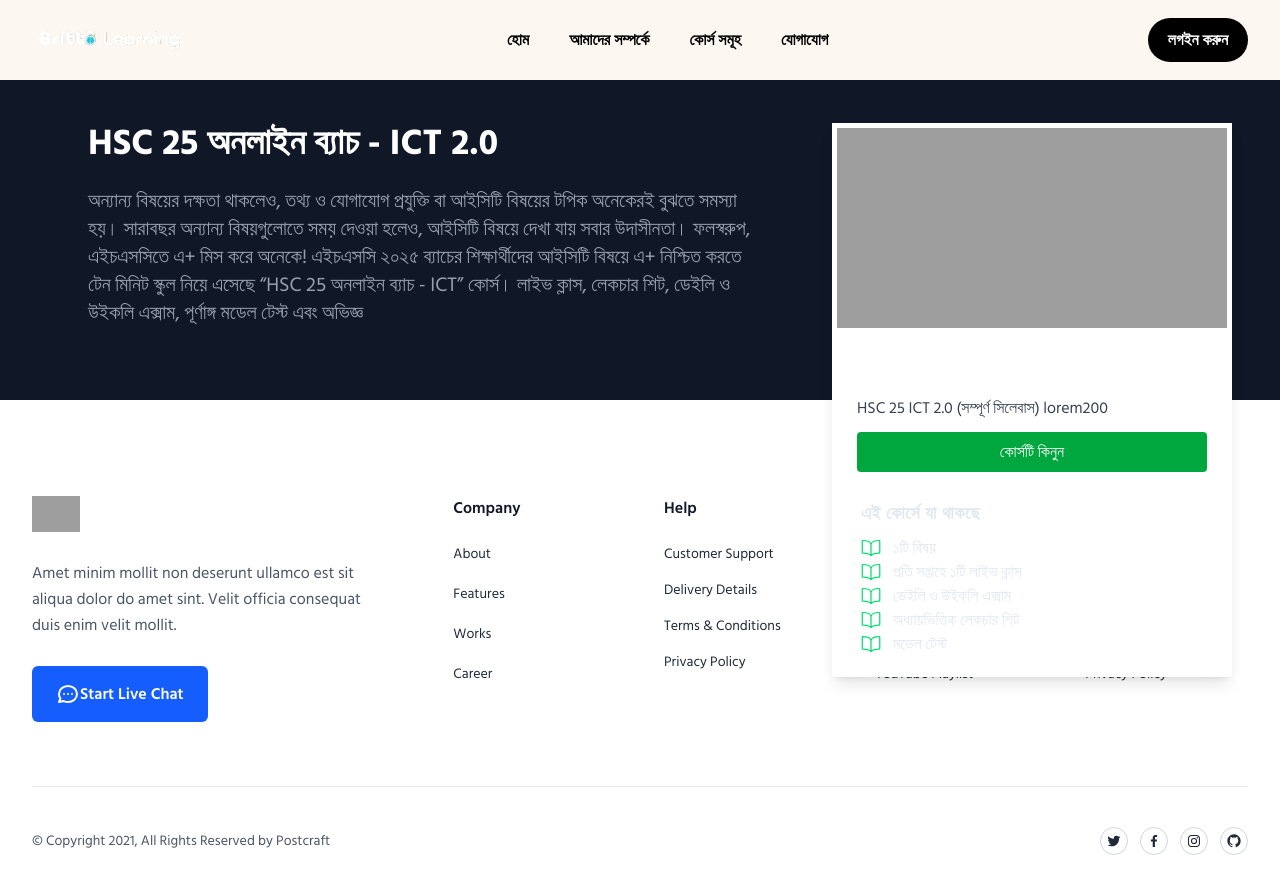
Repository: Ruddro420/course-selling
Page: /single-course
These files come from the project's save history. The page is drawn as it stood at one moment and after the next save; the edit follows.
The browser window is 1280 px wide. The pictures show the whole page.
Pictures or frames that could not be fetched are drawn as grey boxes. The project was rebuilt for these pictures with package versions that can differ from the ones it lists, and the page was loaded fresh each time. Also part of the build but not shown: vite.config.js, src/components/AboutSection.jsx, src/components/ContactSection.jsx, src/components/CourseSection.jsx, src/components/Hero.jsx, src/components/TeamSection.jsx, src/components/WhyUsSection.jsx, src/pages/Home.jsx and 2 more.

Above is the page before, as saved 2025-02-06 03:46:14.

### index.html
<!doctype html>
<html lang="en">

<head>
  <meta charset="UTF-8" />
  <link rel="icon" type="image/svg+xml" href="/img/fav-icon.jpg" />
  <meta name="viewport" content="width=device-width, initial-scale=1.0" />
  <link rel="preconnect" href="https://fonts.googleapis.com">
  <link rel="preconnect" href="https://fonts.gstatic.com" crossorigin>
  <link href="https://fonts.googleapis.com/css2?family=Hind+Siliguri:wght@300;400;500;600;700&display=swap"
    rel="stylesheet">
  <title>Britto Learning</title>
</head>

<body>
  <div id="root"></div>
  <script type="module" src="/src/main.jsx"></script>
</body>

</html>

### src/main.jsx
import { StrictMode } from 'react'
import { createRoot } from 'react-dom/client'
import './index.css'
import {
  createBrowserRouter,
  RouterProvider,
} from "react-router-dom";
import Home from './pages/Home.jsx';
import MainLayout from './MainLayout/MainLayout.jsx';
import LoginPage from './pages/LoginPage.jsx';
import AuthPage from './pages/AuthPage.jsx';
import CoursePage from './pages/CoursePage.jsx';

const router = createBrowserRouter([
  {
    path: "/",
    element: <MainLayout />,
    children: [
      {
        path: '/',
        element: <Home />
      },
      {
        path: '/single-course',
        element: <CoursePage />
      }
    ]
  },
  {
    path: '/login',
    element: <LoginPage />
  },
  {
    path: '/register',
    element: <AuthPage />
  }
]);

createRoot(document.getElementById('root')).render(
  <StrictMode>
    <RouterProvider router={router} />
  </StrictMode>,
)

### src/index.css
@import "tailwindcss";
/* Hind Siliguri Font */
@import url('https://fonts.googleapis.com/css2?family=Hind+Siliguri:wght@300;400;500;600;700&display=swap');

/* Basic Setup */
body {
  font-family: "Hind Siliguri", serif!important;
}
.course{
  padding-top: 4rem;
}

.main-card{
  border: 5px solid white;
  width: 400px;
}
.hero-cards{
  margin-top: 200px;
}
.card-vedio{
  height: 200px;
}


.sylebus{
  width: 616px;
}

@media(max-width:768px){

  .course-hero-section {

      height: 550px;
      margin-bottom: 400px;
  }
  .course{
      /* height: 550px; */

  }
  .course-hero{
      margin-top: 330px;
  }
  .hero-cards{
      margin-top: 0px;
      padding-top: 10px;
  }
  .hero-cards2{
      margin-top: 0px;
      padding-top: 0px;
  }
  .main-card{
      border: 5px solid white;
      width: 350px;
      margin: auto;
  }
  .sylebus{
      width: 360px;
  }

}

### src/MainLayout/MainLayout.jsx
import { Outlet } from "react-router-dom";
import Header from "../components/Header";
import MainFooter from "../components/MainFooter";

const MainLayout = () => {
    return (
        <div>
            <Header />
            <Outlet />
            <MainFooter />
        </div>
    );
};

export default MainLayout;

### src/pages/CoursePage.jsx

import CourseHero from '../components/courseComponent/CourseHero';

const CoursePage = () => {
  return (
    <>
      <CourseHero />
    </>
  );
};

export default CoursePage;

### src/components/Header.jsx
import { Link } from "react-router-dom";

const Header = () => {
    return (
        <div>
            <header className="bg-[#FCF8F1] bg-opacity-30">
                <div className="px-4 mx-auto sm:px-6 lg:px-8">
                    <div className="flex items-center justify-between h-16 lg:h-20">
                        <div className="flex-shrink-0">
                            <a href="#" title="" className="flex">
                                <img className="w-auto h-8" src="../../img/logo.png" alt="" />
                            </a>
                        </div>

                        <button type="button" className="inline-flex p-2 text-black transition-all duration-200 rounded-md lg:hidden focus:bg-gray-100 hover:bg-gray-100">
                            {/*    <!-- Menu open: "hidden", Menu closed: "block" --> */}
                            <svg className="block w-6 h-6" xmlns="http://www.w3.org/2000/svg" fill="none" viewBox="0 0 24 24" stroke="currentColor">
                                <path strokeLinecap="round" strokeLinejoin="round" strokeWidth="2" d="M4 8h16M4 16h16"></path>
                            </svg>

                            {/*  <!-- Menu open: "block", Menu closed: "hidden" --> */}
                            <svg className="hidden w-6 h-6" xmlns="http://www.w3.org/2000/svg" fill="none" viewBox="0 0 24 24" stroke="currentColor">
                                <path strokeLinecap="round" strokeLinejoin="round" strokeWidth="2" d="M6 18L18 6M6 6l12 12"></path>
                            </svg>
                        </button>

                        <div className="hidden lg:flex lg:items-center lg:justify-center lg:space-x-10">
                            <a href="#" title="" className="text-base text-black transition-all duration-200 hover:text-opacity-80 font-bold"> হোম </a>

                            <a href="#" title="" className="text-base text-black transition-all duration-200 hover:text-opacity-80 font-bold"> আমাদের সম্পর্কে </a>

                            <a href="#" title="" className="text-base text-black transition-all duration-200 hover:text-opacity-80 font-bold"> কোর্স সমূহ </a>

                            <a href="#" title="" className="text-base text-black transition-all duration-200 hover:text-opacity-80 font-bold"> যোগাযোগ </a>
                        </div>

                        <Link to='/login' href="#" title="" className="hidden lg:inline-flex items-center justify-center px-5 py-2.5 text-base transition-all duration-200 hover:bg-yellow-300 hover:text-black focus:text-black focus:bg-yellow-300 font-semibold text-white bg-black rounded-full" role="button"> লগইন করুন </Link>
                    </div>
                </div>
            </header>
        </div>
    );
};

export default Header;

### src/components/courseComponent/CourseHero.jsx
import { IoBookOutline } from "react-icons/io5";

const CourseHero = () => {
  return (
    <div>
    <div className="bg-gray-900 py-20 course-hero-section  h-80 flex items-center justify-between mx-auto p-4">
      <div className="container mx-auto mt-10 max-w-screen-xl md:px-12">
        <div className="flex flex-col course-hero md:flex-row md:gap-12">

          <div className="md:w-1/2 lg:w-2/3 pt-20 px-6 flex-grow hero-cards">
            <h1 className=" md:text-4xl text-xl text-white font-bold mb-6">
              HSC 25 অনলাইন ব্যাচ - ICT 2.0
            </h1>
            <p className="text-md md:text-xl lg:text-xl text-gray-400 mb-8">
              অন্যান্য বিষয়ের দক্ষতা থাকলেও, তথ্য ও যোগাযোগ প্রযুক্তি বা
              আইসিটি বিষয়ের টপিক অনেকেরই বুঝতে সমস্যা হয়। সারাবছর অন্যান্য
              বিষয়গুলোতে সময় দেওয়া হলেও, আইসিটি বিষয়ে দেখা যায় সবার উদাসীনতা।
              ফলস্বরুপ, এইচএসসিতে এ+ মিস করে অনেকে! এইচএসসি ২০২৫ ব্যাচের
              শিক্ষার্থীদের আইসিটি বিষয়ে এ+ নিশ্চিত করতে টেন মিনিট স্কুল নিয়ে
              এসেছে “HSC 25 অনলাইন ব্যাচ - ICT” কোর্স। লাইভ ক্লাস, লেকচার শিট,
              ডেইলি ও উইকলি এক্সাম, পূর্ণাঙ্গ মডেল টেস্ট এবং অভিজ্ঞ
            </p>
          </div>

          <div className="md:w-1/2 lg:w-1/3 z-40  pt-20  md:mt-12  flex-shrink-0 hero-cards hero-cards2">
            <div className="max-w-md pb-4  bg-white  border-gray-200 dark:bg-gray-800 dark:border-gray-700  shadow-lg main-card">
              <a href="#">
                <iframe
                  className="w-full card-vedio"
                  src="https://www.youtube.com/embed/IjlYXtI2-GU?si=gBJ8wmkM5Jta3u4m"
                  title="YouTube video player"
                  frameBorder="0"
                  allow="accelerometer; autoplay; clipboard-write; encrypted-media; gyroscope; picture-in-picture; web-share"
                  referrerPolicy="strict-origin-when-cross-origin"
                  allowFullScreen
                ></iframe>
              </a>
              {/* Fee-container */}
              <div className="suggestion-pricing dark:text-white">
                <div className="p-5">
                  <a href="#">
                    <h5 className="mb-2 text-2xl font-bold tracking-tight text-gray-900 dark:text-white">
                      <span className="text-4xl font-semibold text-white tracking-tighter">
                        ৳1500
                      </span>
                    </h5>
                  </a>
                  <p className="mb-3 font-normal dark:text-white text-gray-700">
                    HSC 25 ICT 2.0 (সম্পূর্ণ সিলেবাস) lorem200
                  </p>
                  <button className="bg-green-600 whitespace-nowrap text-center md:w-full w-full rounded py-2 lg:py-2 text-white ">
                    কোর্সটি কিনুন
                  </button>
                </div>

                <div className="">
                  <h3 className="text-lg  font-bold text-slate-200 tracking-wide uppercase px-6 py-2">
                    এই কোর্সে যা থাকছে
                  </h3>
                  <li className="flex space-x-3 items-center px-6">
                    <IoBookOutline className="flex-shrink-0  h-5 w-5 text-green-400" />
                    <span className="text-base text-slate-200">১টি বিষয়</span>
                  </li>
                  <li className="flex space-x-3 items-center px-6">
                    <IoBookOutline className="flex-shrink-0  h-5 w-5 text-green-400" />
                    <span className="text-base text-slate-200">
                      প্রতি সপ্তাহে ১টি লাইভ ক্লাস
                    </span>
                  </li>
                  <li className="flex space-x-3 items-center px-6">
                    <IoBookOutline className="flex-shrink-0  h-5 w-5 text-green-400" />
                    <span className="text-base text-slate-200">
                      ডেইলি ও উইকলি এক্সাম
                    </span>
                  </li>
                  <li className="flex space-x-3 items-center px-6">
                    <IoBookOutline className="flex-shrink-0  h-5 w-5 text-green-400" />
                    <span className="text-base text-slate-200">
                      অধ্যায়ভিত্তিক লেকচার শিট
                    </span>
                  </li>
                  <li className="flex space-x-3 items-center px-6">
                    <IoBookOutline className="flex-shrink-0  h-5 w-5 text-green-400" />
                    <span className="text-base text-slate-200">
                      মডেল টেস্ট
                    </span>
                  </li>
                </div>
              </div>
            </div>
          </div>


        </div>
      </div>
    </div>
  </div>
  );
};

export default CourseHero;

Loaded but not shown: src/components/MainFooter.jsx (182 lines, source omitted)

After the next save:
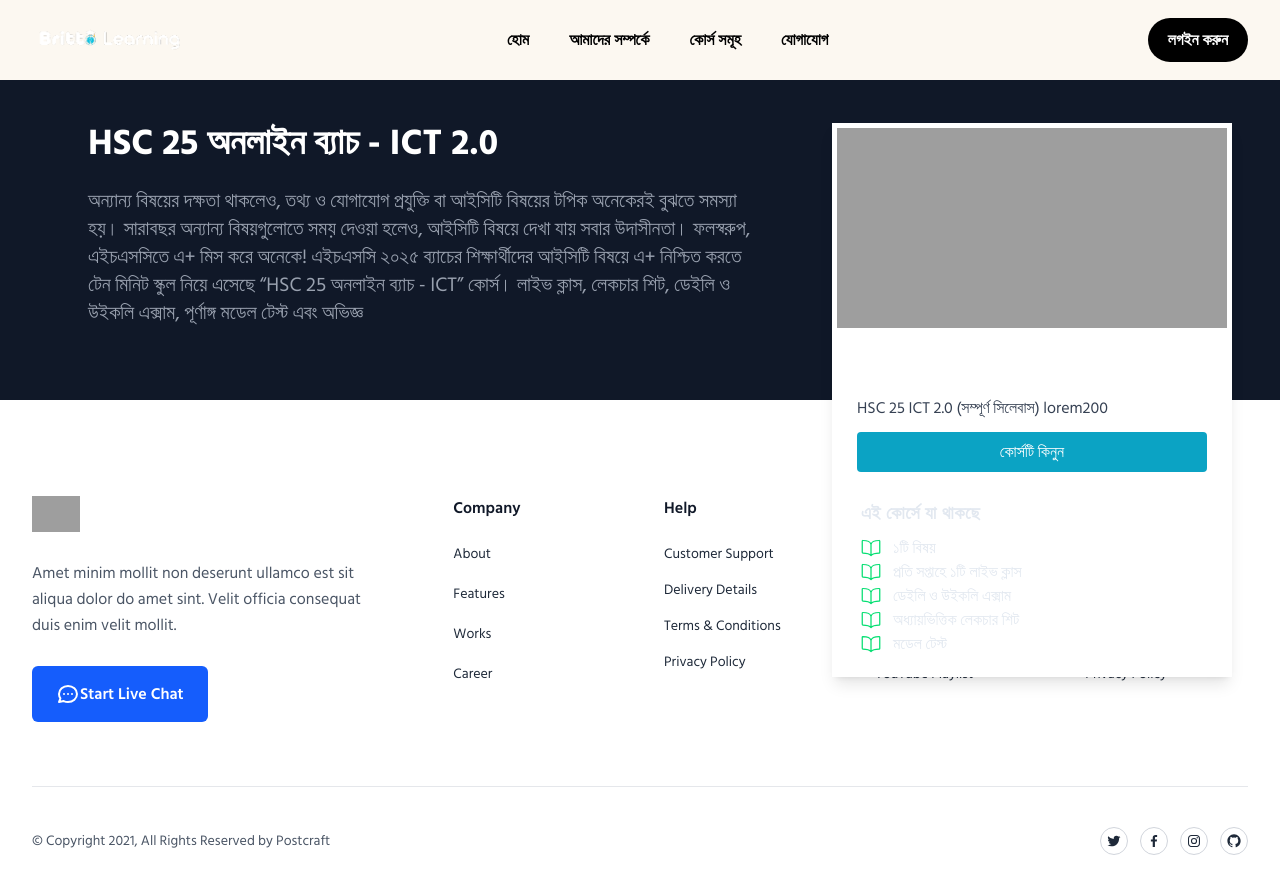
Saved 83 s later.
--- a/src/components/courseComponent/CourseHero.jsx
+++ b/src/components/courseComponent/CourseHero.jsx
@@ -48,7 +48,7 @@ const CourseHero = () => {
                   <p className="mb-3 font-normal dark:text-white text-gray-700">
                     HSC 25 ICT 2.0 (সম্পূর্ণ সিলেবাস) lorem200
                   </p>
-                  <button className="bg-green-600 whitespace-nowrap text-center md:w-full w-full rounded py-2 lg:py-2 text-white ">
+                  <button className="bg-[#0BA3C4] whitespace-nowrap text-center md:w-full w-full rounded py-2 lg:py-2 text-white ">
                     কোর্সটি কিনুন
                   </button>
                 </div>
